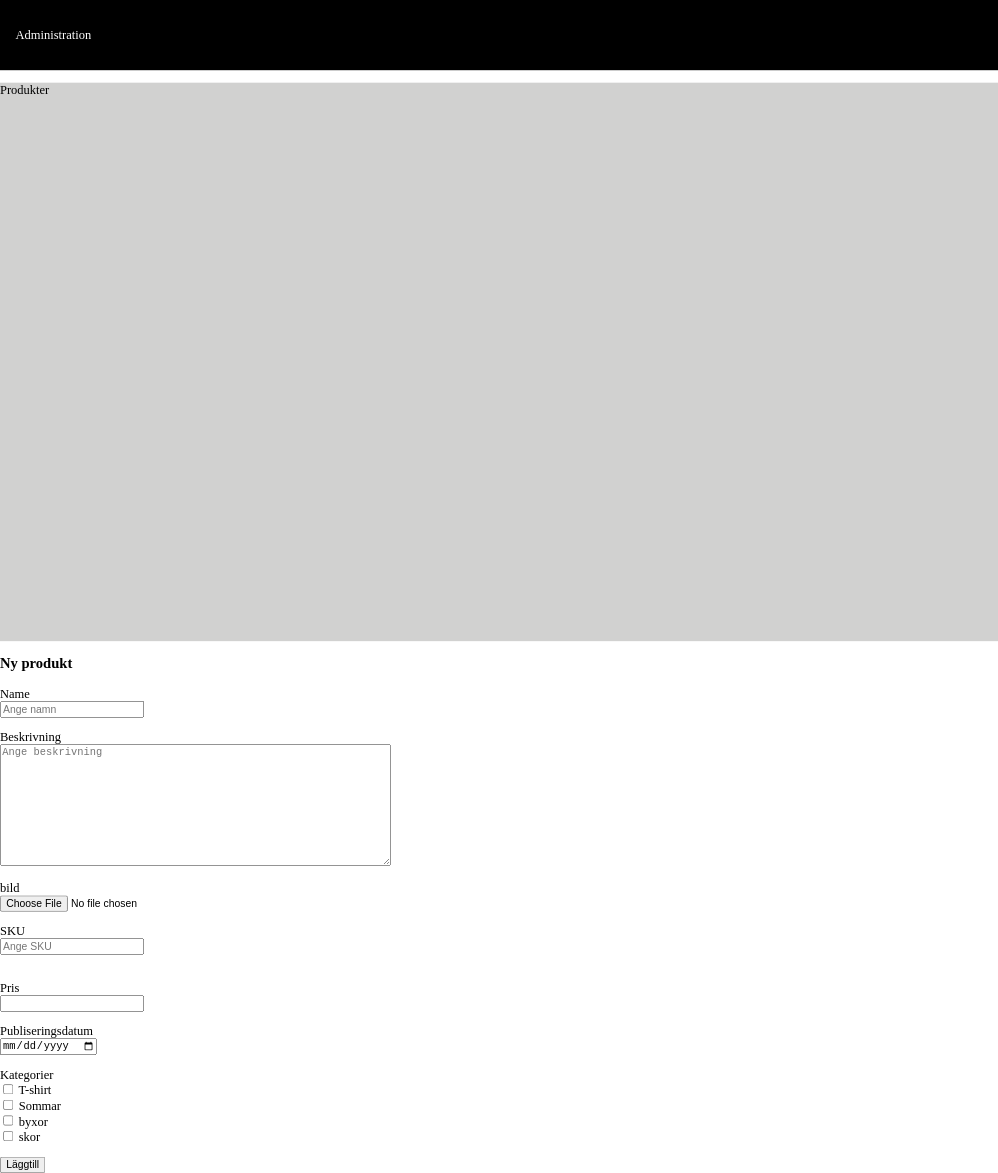
Repository: Kalle1995/project
Page: Nyproduckt.html
An editor plug-in stored every save of this project. The page is shown before and after the next save, followed by the edit.
The browser window is 1280 px wide. The pictures show the whole page, at 78% of full size.

Above is the page before, as saved 2024-10-06 21:02:40.

### Nyproduckt.html
<!DOCTYPE html>
<html lang="sv">

<head>
    <meta charset="UTF-8">
    <meta name="viewport" content="width=device-width, initial-scale=1.0">
    <title>Nyprodukt</title>
    <link rel="stylesheet" href="main.css">
</head>

<body>
    <header class="AD">
        <p>
            Administration
        </p>
    </header>

    <main class="AD-main">
        <aside class="PR">
            <p>Produkter</p>
        </aside>

        <section>
            <form action="#"></form>
                <h3>
                    Ny produkt
                </h3>
                <div>
                    <p>
                        <label for="name">Name</label> <br>
                        <input type="text" name="fullName" id="fullName" placeholder="Ange namn" required="true">
                    </p>
                </div>

                <p>
                    <label for="massage">Beskrivning</label> <br>
                    <textarea name="message" id="message" cols="60" rows="10" placeholder="Ange beskrivning"></textarea>
                </p>
                <p>
                    <label for="Pic">bild</label> <br>
                    <input type="file" required="true" accept="image/*">
                </p>
                <p>
                    <label for="sku">SKU</label><br>
                    <input type="text" id="sku" name="sku" required pattern="[A-Za-z]{3}[0-9]{3}" title="AAA111"
                        placeholder="Ange SKU"><br><br>

                </p>
                <p>
                    <label for="Pris">Pris</label> <br>
                    <input type="number">
                </p>
                <p>
                    <label for="data">Publiseringsdatum</label> <br>
                    <input type="date" name="data" id="data">
                </p>

                <p>
                    <label for="Kategorier">Kategorier</label> <br>
                    <input type="checkbox">
                    <label for="T-shirt">T-shirt</label><br>
                    <input type="checkbox">
                    <label for="Sommar">Sommar</label><br>
                    <input type="checkbox">
                    <label for="byxor">byxor</label><br>
                    <input type="checkbox">
                    <label for="skor">skor</label>
                </p>

                <div class="läggTill">
                    <button name="läggTill" type="submit" value="">Läggtill</button>
                </div>
            </form>
        </section>
    </main>
</body>
</html>

### main.css
body {
    margin: 0;
    padding: 0;
    font-size: 2em;
    display: grid;
}


.head-title {
    text-align: center;
}

.products {
    display: grid;
    gap: 15px;
}

ul {
    list-style-type: none;
    margin: 0;
    padding: 0;

}

.search {
    border: 2px solid gray;
    border-radius: 12px;
    padding: 5px;
    display: inline;
    background-image: url(bilder/search.png);
    background-repeat: no-repeat;
    background-position: 4px;
    padding-left: 25px;

}

.NavList {
    padding-bottom: 10px;
    padding-top: 10px;

}

.hide-on-mobile {
    display: none;
}

.nav-list-item {
    a {
        text-decoration: none;
    }
}

.product {
    position: relative;
}

.product-icon {
    right: 20px;
    bottom: 80px;
    position: absolute;
}

.product-pic {
    width: 100%;
    height: auto;
}

.head {
    display: flex;
    flex-direction: column;
}

.head-image {
    width: 100%;
}

.wholeHead {
    display: flex;
    flex-direction: row;
}

.searchAndIcons {
    width: 100%;
    display: flex;
    flex-direction: row;
    margin: auto 0 auto 20px;
}

.search {
    height: 30px;
    width: 100%;
    max-width: 400px;
    margin-right: 10px;
}

.headIcons {
    display: flex;
    gap: 10px;
    margin-right: 0;
    margin-left: auto;

    img {
        height: 30px;
    }
}

.icon {
    width: 300px;
}

.small-footer {
    display: none;
}

header {
    padding: 20px;
}

main {
    padding: 20px;
}


@media (max-width: 640px) {
    .mid {
        position: relative;
        display: block;
        font-size: medium;
    }

    li {
        margin-bottom: 3px;
    }

    .icon {
        width: 100%;
    }

    .wholeHead {
        flex-direction: column;
    }

    .search {
        height: 35px;
        width: 100%;
        max-width: 400px;
    }

    .headIcons {
        img {
            height: 35px;
        }
    }

    .searchAndIcons {
        margin-top: 10px;
        margin-left: 0;
    }

    .small-footer {
        display: block;
    }

    .normal-footer {
        display: none;
    }
}

@media (min-width: 640px) {
    .products {
        grid-template-columns: repeat(2, 1fr);
    }

    .mid {
        position: relative;
        display: block;
        font-size: large;
    }

    li {
        display: inline;
        margin-right: 5px;
    }
}

body {
    font-size: 1.5em;
}

@media (min-width: 1024px) {
    .products {
        grid-template-columns: repeat(4, 1fr);
    }

    body {
        font-size: 1em;
    }

    .listan {
        display: flex;
    }

    li {
        display: inline;
        margin-right: 5px;
    }

    .hide-on-mobile {
        display: inline-block;
    }

    .head {
        flex-direction: row-reverse;
    }
}





/*
    @media (max-width:1024px) {
        .ejnav {
            display: none;
        }

      }
*/



/*
      @media print {
        body {
            font-size: 4em;
        }
        img {
            display: none;
        }
      }
*/



/*
här för Nyproduckt sidan
*/


.slide-item {
    display: flex;
    flex-direction: row;
    gap: 20px
}

.slide-image {
    width: 32%;
    margin: auto;
}

header>h3 {
    position: absolute;
    left: 10px;
    bottom: auto;
}

.vänster {
    display: grid;
    grid-template-rows: 100%;
    background-color: gray;
}

.w-100 {
    width: 100%;
}

.liggTill {
    hero-text button: hover
}


/*
kassa sidan
*/

.kassa {
    text-align: center;

}






.buy>button {
    display: grid;
    align-items: center;
    width: 80px;
    height: 30px;
    background-color: rgb(255, 255, 255);
    margin-left: 50%;
    font-weight: bold;
    border-radius: 10px;

}



.custom.btn-success {
    color: red;
}

.no-space {
    margin: 0;
    padding: 0;
    border: none;
    border-top: 1px solid black;
    /* Valfri färg eller stil på linjen */
}

.normal-footer {
    padding: 15px;
    background-color: rgb(207, 206, 206)
}

.list-container {
    display: inline-flex;
    justify-content: space-between;
    /* Ser till att listorna sprids ut jämnt */
    gap: 150px;
    /* Mellanrum mellan listorna */
}

.list {
    flex: 1;
    /* Gör att listorna tar upp lika mycket plats */
    padding-left: 15px;
}

.list h3 {
    margin-bottom: 20px;
}

.list li {
    list-style-type: none;
    /* ingen punkter i listan */
    padding: 0;
}

.list li ul {
    margin-bottom: 10px;
}




/*
Administration
*/

.AD {
    background-color: black;
    color: white;
}

.AD-main {
    padding: 0;
}

.PR {
    background-color: rgb(209, 209, 208);
    height: 100%;
    padding: 0;
}

.AR {
    position: relative;
    ;
    left: 200px;
    top: -40px;

}













/*

.Company{
    text-align: center;
    bottom: auto;
}

After the next save:
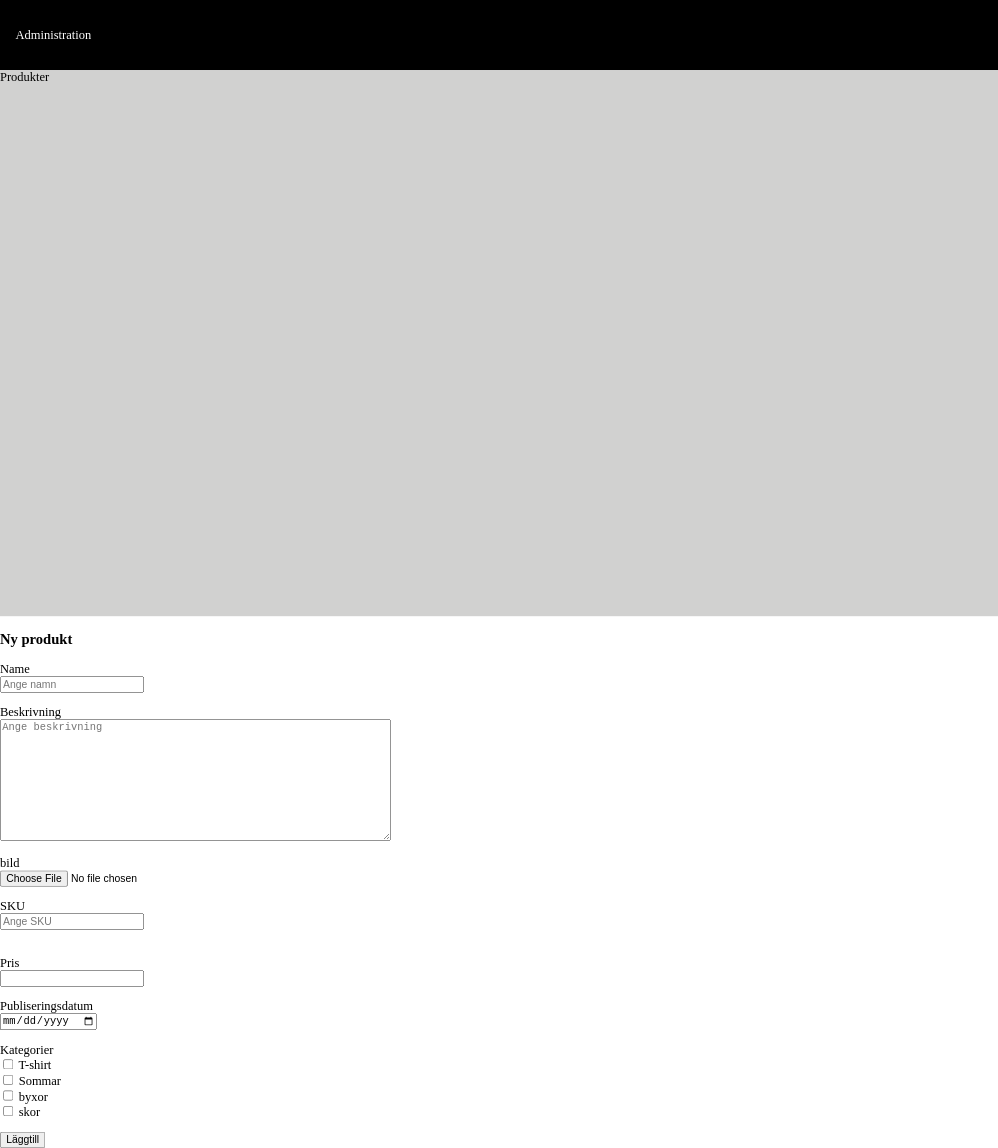
Saved 25 s later.
--- a/main.css
+++ b/main.css
@@ -372,6 +372,10 @@ Administration
     background-color: rgb(209, 209, 208);
     height: 100%;
     padding: 0;
+
+    p {
+        margin: 0;
+    }
 }
 
 .AR {
